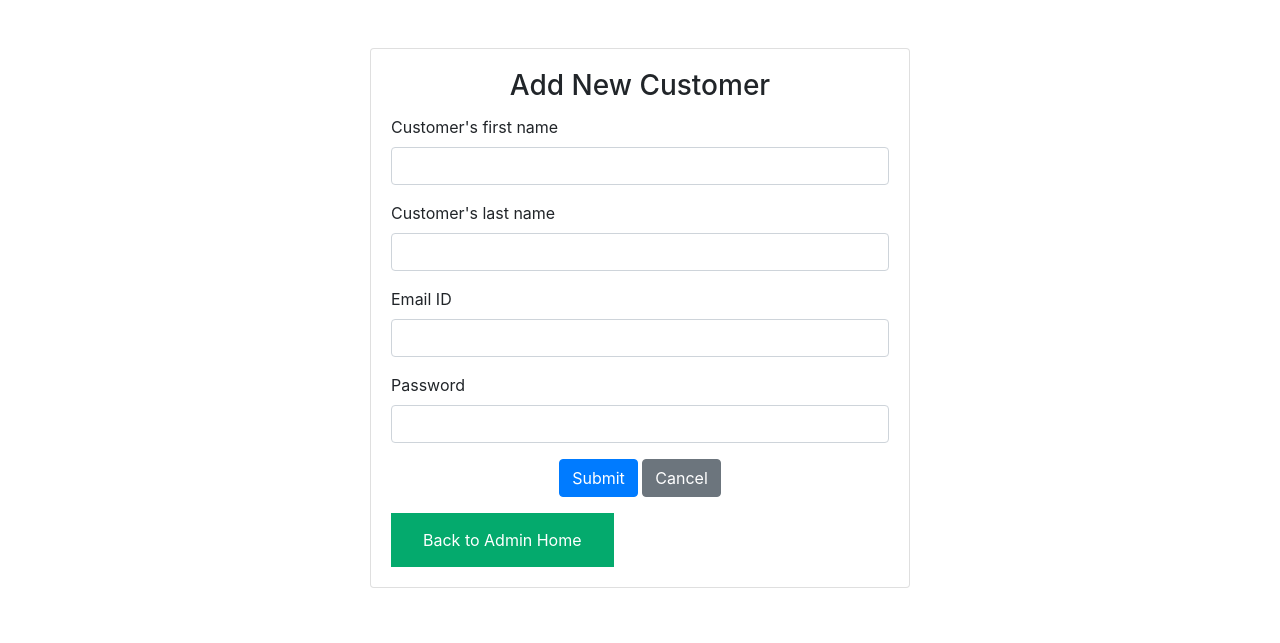
Repository: SuyashAwasthy/Javaee
Page: http://localhost/13-bank-application-mvc/addCustomer.jsp
An editor plug-in stored every save of this project. The page is shown before and after the next save, followed by the edit.
The browser window is 1280 px wide. The pictures show the whole page.
Some web libraries are served in a nearby version. The page is served by Tomcat 9.

Above is the page before, as saved 2024-07-22 08:59:22.

After the next save:
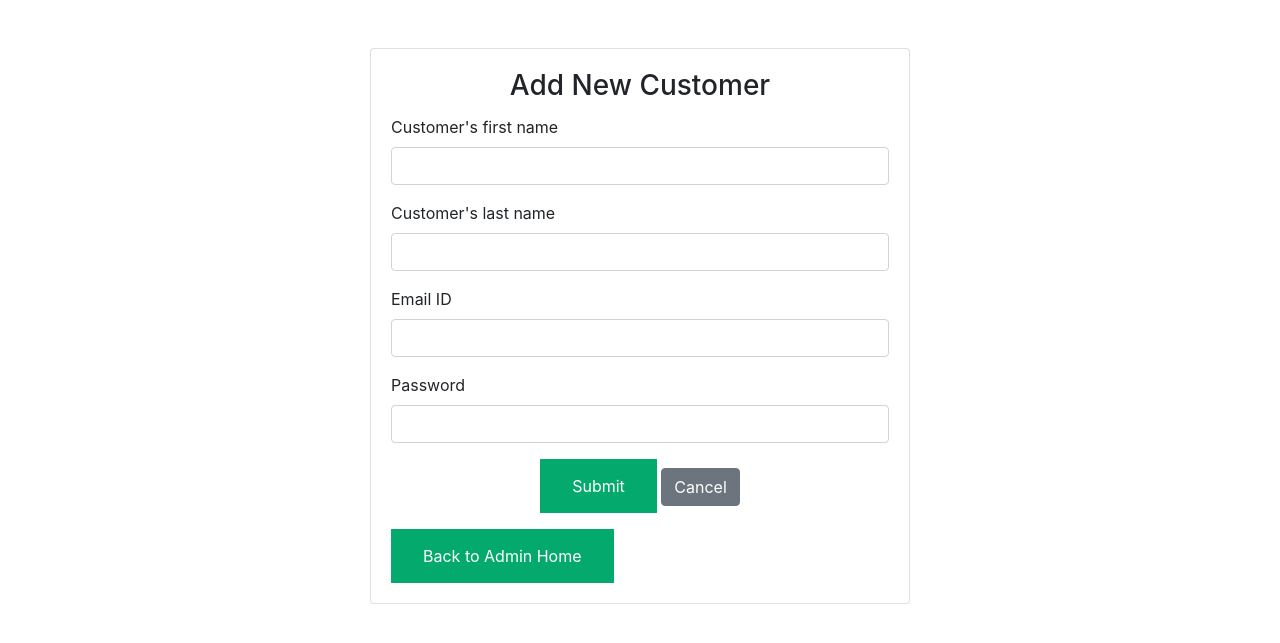
Saved 14 s later.
--- a/13-bank-application-mvc/WebContent/addCustomer.jsp
+++ b/13-bank-application-mvc/WebContent/addCustomer.jsp
@@ -38,7 +38,7 @@
 									class="form-control" id="password" name="password" required>
 							</div>
 							<div class="form-group text-center">
-								<button type="submit" class="btn btn-primary" background-color: #04AA6D;>Submit</button>
+								<button type="submit" class="button" background-color: #04AA6D;>Submit</button>
 								<button type="reset" class="btn btn-secondary">Cancel</button>
 							</div>
 

After the save that followed:
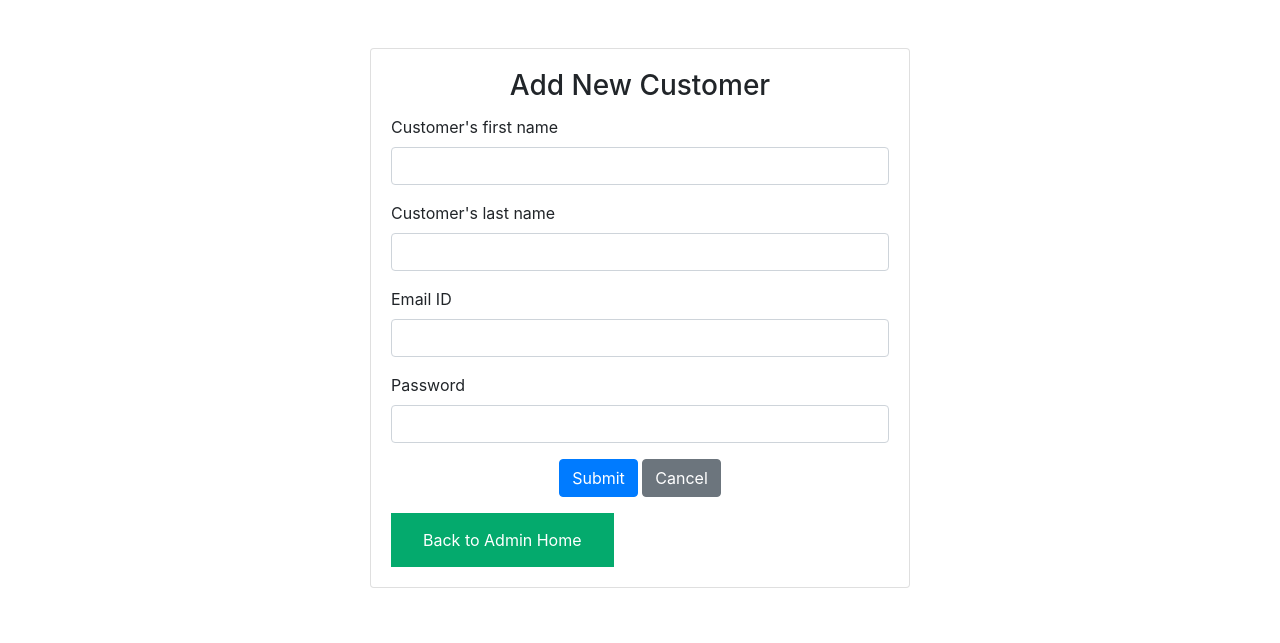
Saved 34 s later.
--- a/13-bank-application-mvc/WebContent/addCustomer.jsp
+++ b/13-bank-application-mvc/WebContent/addCustomer.jsp
@@ -38,7 +38,7 @@
 									class="form-control" id="password" name="password" required>
 							</div>
 							<div class="form-group text-center">
-								<button type="submit" class="button" background-color: #04AA6D;>Submit</button>
+								<button type="submit" class="btn btn-primary" >Submit</button>
 								<button type="reset" class="btn btn-secondary">Cancel</button>
 							</div>
 
